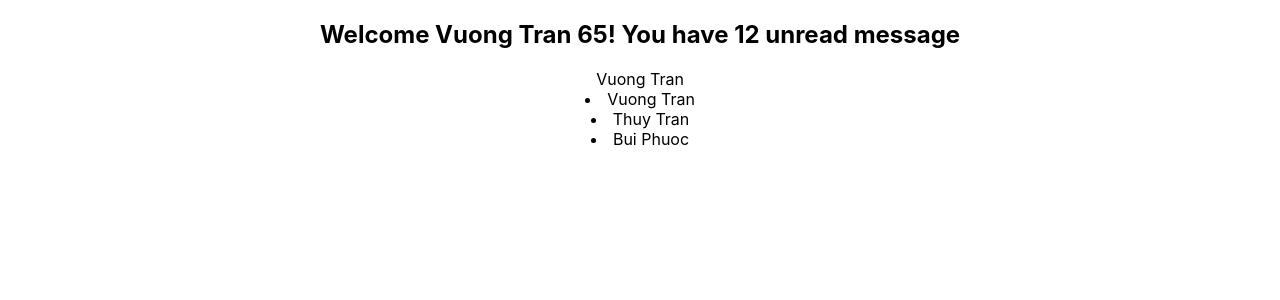
Repository: vuongtm1999/ALTA-exercise-1
Page: /
These files come from the project's save history. The page is drawn as it stood at one moment and after the next save; the edit follows.
The browser window is 1280 px wide. The pictures show the whole page.
The project was rebuilt for these pictures with package versions that can differ from the ones it lists, and the page was loaded fresh each time.

Above is the page before, as saved 2022-10-24 16:49:19.

After the next save:
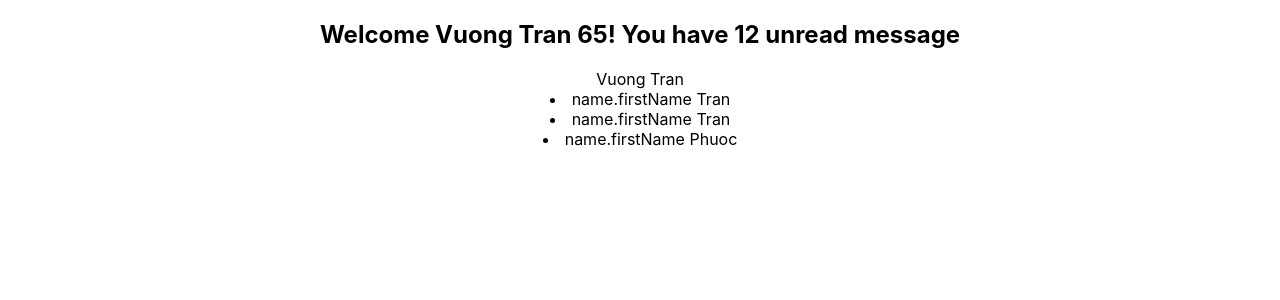
Saved 11 s later.
--- a/src/components/PersonList.tsx
+++ b/src/components/PersonList.tsx
@@ -8,7 +8,7 @@
 export const PersonList = (props: PersonListProps) => {
     return (
         <div>
-            {props.names.map(name => <li>{name.firstName} {name.lastName}</li>)}
+            {props.names.map(name => <li>name.firstName {name.lastName}</li>)}
         </div>
      );
 }

After the save that followed:
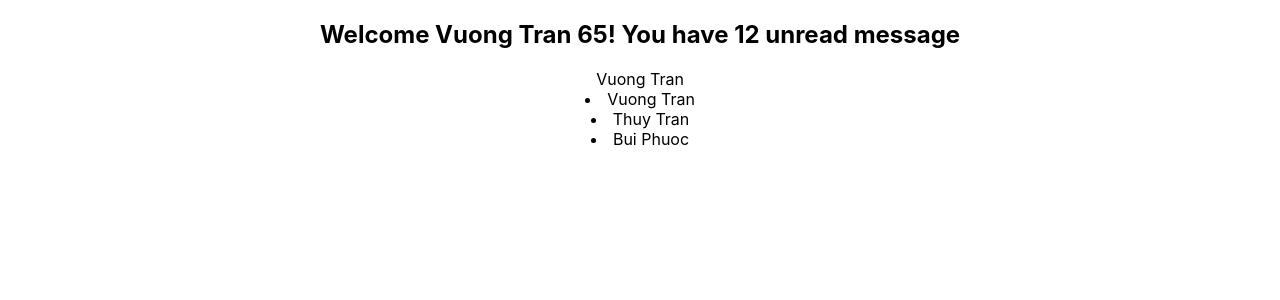
Saved 7 s later.
--- a/src/components/PersonList.tsx
+++ b/src/components/PersonList.tsx
@@ -8,7 +8,7 @@
 export const PersonList = (props: PersonListProps) => {
     return (
         <div>
-            {props.names.map(name => <li>name.firstName {name.lastName}</li>)}
+            {props.names.map(name => <li>{name.firstName} {name.lastName}</li>)}
         </div>
      );
 }
